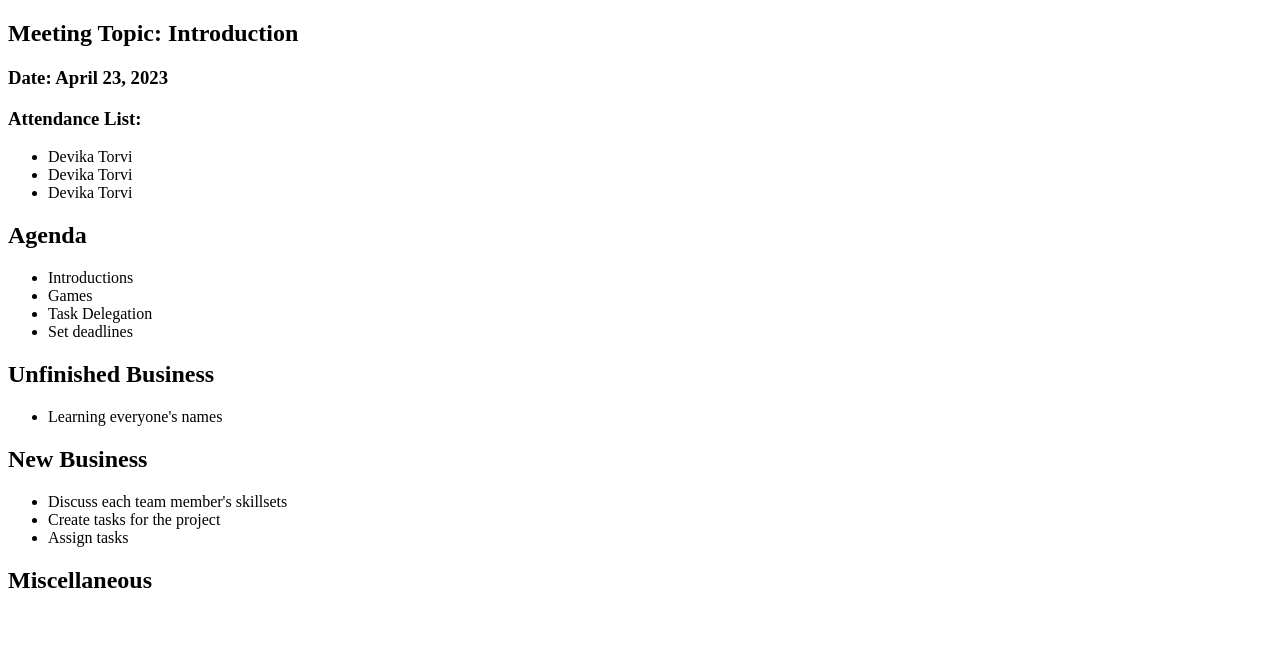
Repository: dtorvi/sp23-cse110-lab3
Page: index.html
These files come from the project's save history. The page is drawn as it stood at one moment and after the next save; the edit follows.
The browser window is 1280 px wide. The pictures show the whole page.

Above is the page before, as saved 2023-04-23 13:51:21.

After the next save:
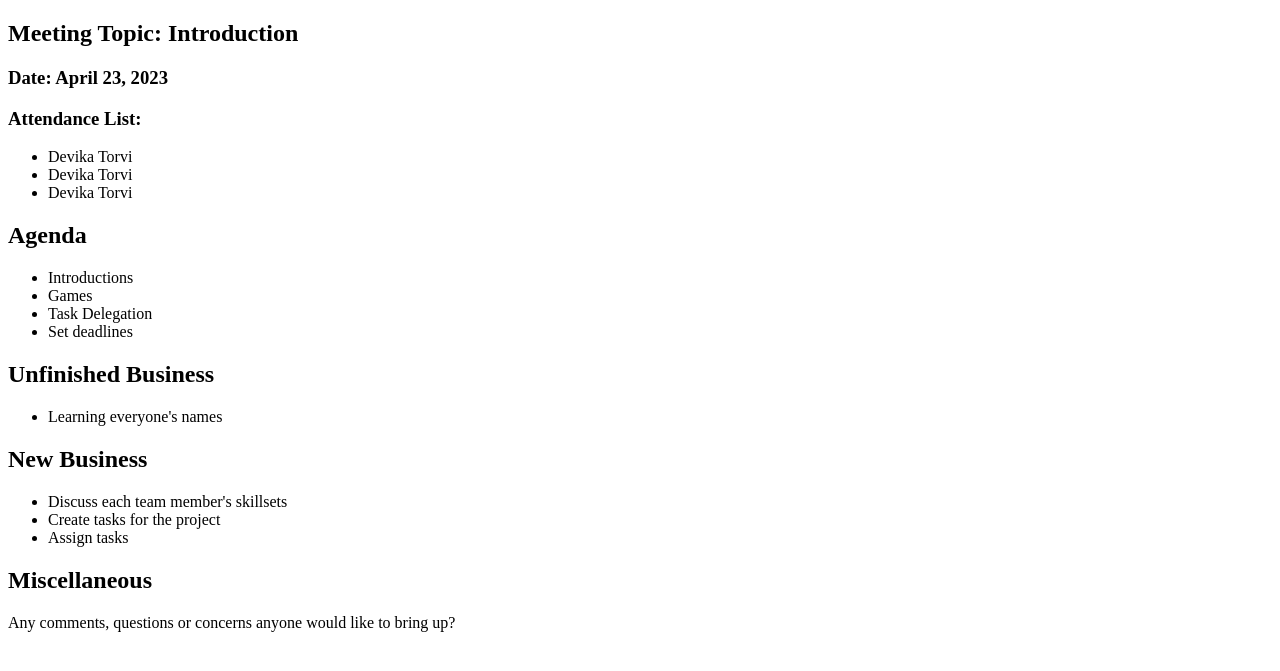
Saved 8 s later.
--- a/index.html
+++ b/index.html
@@ -33,7 +33,7 @@
         </ul>
 
         <h2>Miscellaneous</h2>
-
+        <p>Any comments, questions or concerns anyone would like to bring up?</p>
     </section>
   </body>
 </html>
